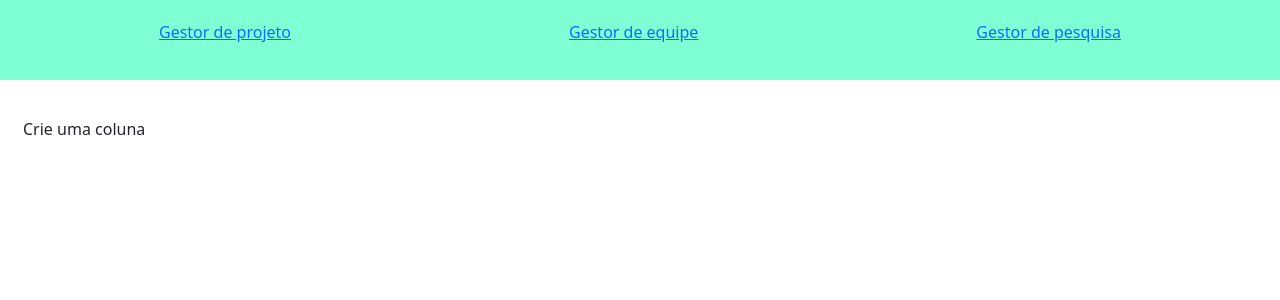
Repository: shadowruge/kanban
Page: index.html
An editor plug-in stored every save of this project. The page is shown before and after the next save, followed by the edit.
The browser window is 1280 px wide. The pictures show the whole page.

Above is the page before, as saved 2021-06-12 20:58:28.

### index.html
<!DOCTYPE html>
<html lang="en">
  <head>
    <meta charset="UTF-8" />
    <meta http-equiv="X-UA-Compatible" content="IE=edge" />
    <meta name="viewport" content="width=device-width, initial-scale=1.0" />
    <script src="https://cdn.jsdelivr.net/npm/@popperjs/core@2.9.2/dist/umd/popper.min.js" integrity="sha384-IQsoLXl5PILFhosVNubq5LC7Qb9DXgDA9i+tQ8Zj3iwWAwPtgFTxbJ8NT4GN1R8p" crossorigin="anonymous"></script>
<script src="https://cdn.jsdelivr.net/npm/bootstrap@5.0.1/dist/js/bootstrap.min.js" integrity="sha384-Atwg2Pkwv9vp0ygtn1JAojH0nYbwNJLPhwyoVbhoPwBhjQPR5VtM2+xf0Uwh9KtT" crossorigin="anonymous"></script>

    <script src="https://cdn.jsdelivr.net/npm/bootstrap@5.0.1/dist/js/bootstrap.bundle.min.js" integrity="sha384-gtEjrD/SeCtmISkJkNUaaKMoLD0//ElJ19smozuHV6z3Iehds+3Ulb9Bn9Plx0x4" crossorigin="anonymous"></script>
    <link href="https://cdn.jsdelivr.net/npm/bootstrap@5.0.1/dist/css/bootstrap.min.css" rel="stylesheet" integrity="sha384-+0n0xVW2eSR5OomGNYDnhzAbDsOXxcvSN1TPprVMTNDbiYZCxYbOOl7+AMvyTG2x" crossorigin="anonymous">
    <link rel="stylesheet" href="style.css" />

    <title id="Description">Shadow Kanban</title>
  </head>
  <header>
    <nav class="nav">
      <p><a href="#">Gestor de projeto</a></p>
      <p><a href="#">Gestor de equipe</a></p>
      <p><a href="#">Gestor de pesquisa</a></p>

    </nav>
  </header>
  <body>

    <!--botão-->
    <button type="button" class="btn "onclick="myFunction()">Crie uma coluna</button>


  <div class="Linha" style="width:600px;">
    <!-- RECEBE DIVS DINAMICAS -->
    </div>

  </body>
  <script>
    function myFunction() {
      var x = document.createElement("textarea");
      var t = document.createTextNode("Click me");
      x.appendChild(t);
      document.body.appendChild(x);
    }
  </script>
</html>

### style.css
/* setando html */
* {

  margin: 0;
  padding: 0;
  border: 0;

}

/* nav confi fora da tag body */

.nav {

  background-color:aquamarine;
  padding: 20px;
  flex-wrap: wrap;
  display: flex;
  justify-content: space-around;

}

  button {

    bootstrap:warning;
    color: white;
    background-color: brown;
    margin-top: 30px;
    margin-left: 10px;

  }

  .textarea{
    border-color: brown;
  }

After the next save:
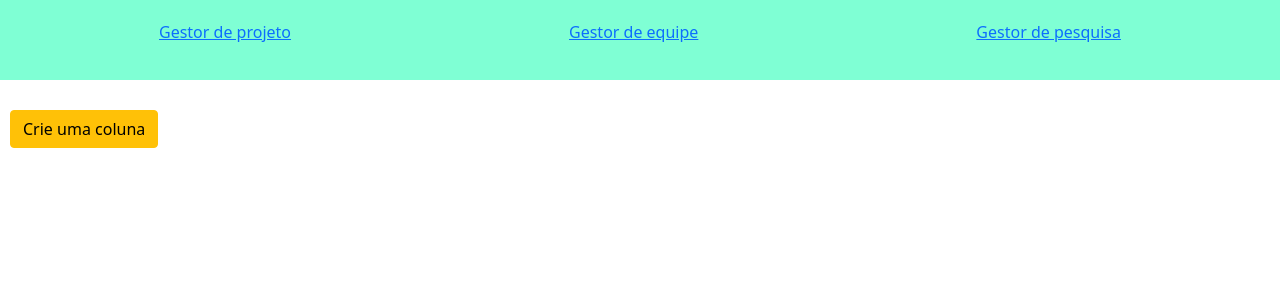
Saved 20 s later.
--- a/index.html
+++ b/index.html
@@ -24,7 +24,7 @@
   <body>
 
     <!--botão-->
-    <button type="button" class="btn "onclick="myFunction()">Crie uma coluna</button>
+    <button type="button" class="btn btn-warning "onclick="myFunction()">Crie uma coluna</button>
 
 
   <div class="Linha" style="width:600px;">
